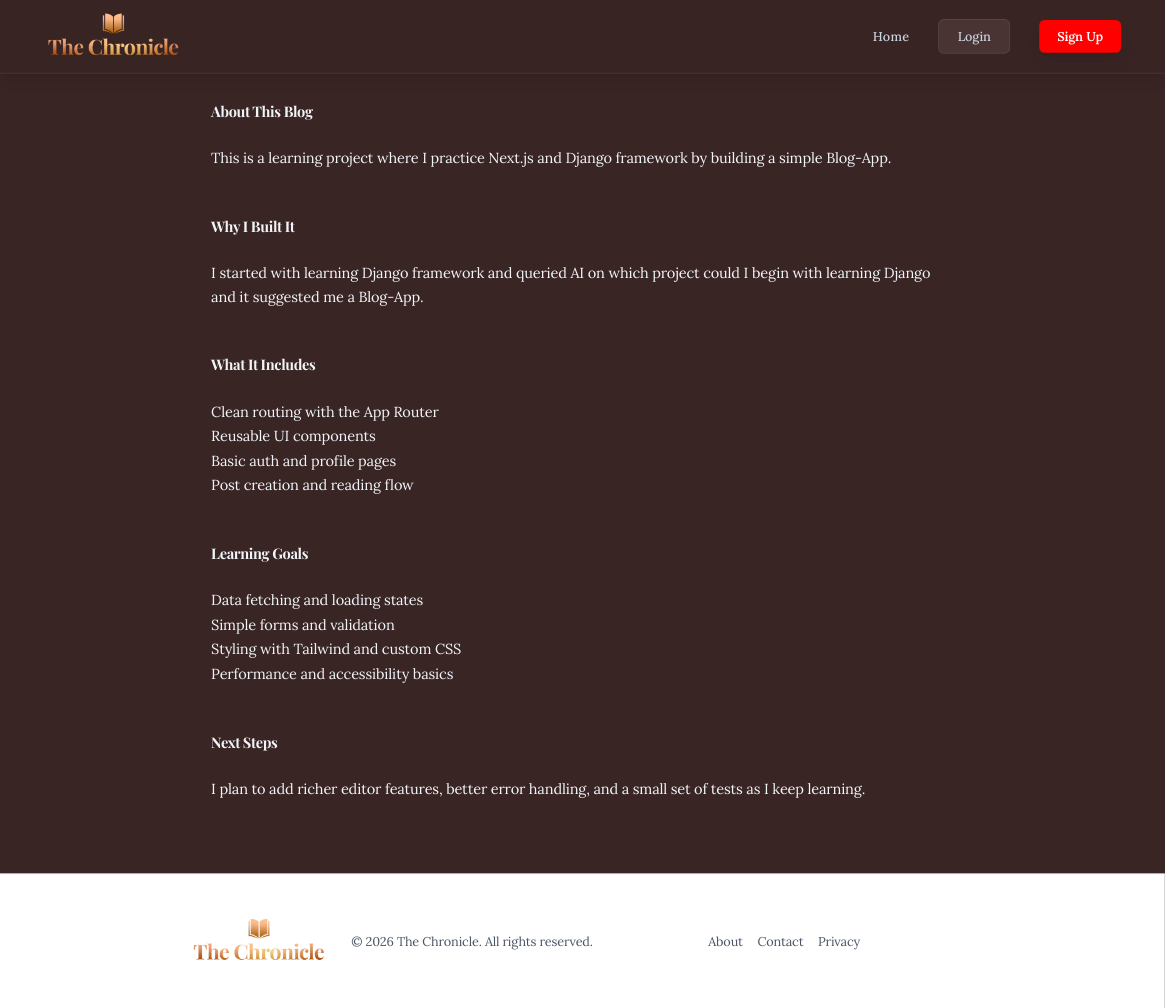
Repository: swaruplamsal/BasicBlogApp
Page: /about (app in blog-frontend/)
The author's editor kept a copy of each file at every save. The page is drawn from the files as they stood at one save, then again after the next save.
The browser window is 1280 px wide. The pictures show the whole page, at 91% of full size.
The page's requests for data from a server got no answer. The project was rebuilt for these pictures with package versions that can differ from the ones it lists, and the page was loaded fresh each time. The framework's server and built-in components were replaced by stand-ins that run in the browser. No one was signed in, and anything a server would have sent is missing. Also part of the build but not shown: blog-frontend/next.config.mjs, blog-frontend/app/components/Avatar.js.

Above is the page before, as saved 2026-02-07 20:54:01.

After the next save:
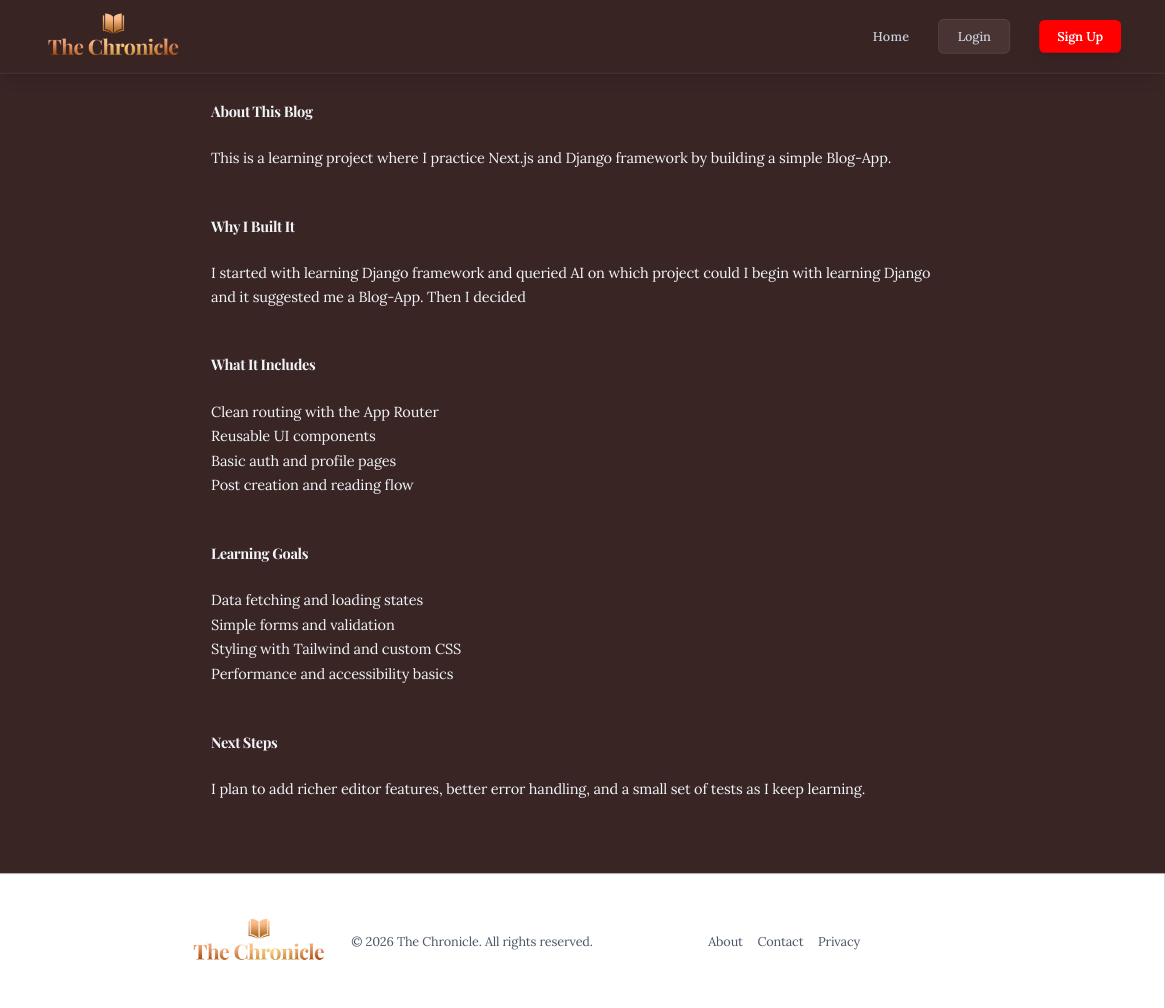
Saved 8 s later.
--- a/blog-frontend/app/about/page.js
+++ b/blog-frontend/app/about/page.js
@@ -24,7 +24,7 @@
           <p>
             I started with learning Django framework and queried AI on which
             project could I begin with learning Django and it suggested me a
-            Blog-App.
+            Blog-App. Then I decided
           </p>
         </section>
         <br />
